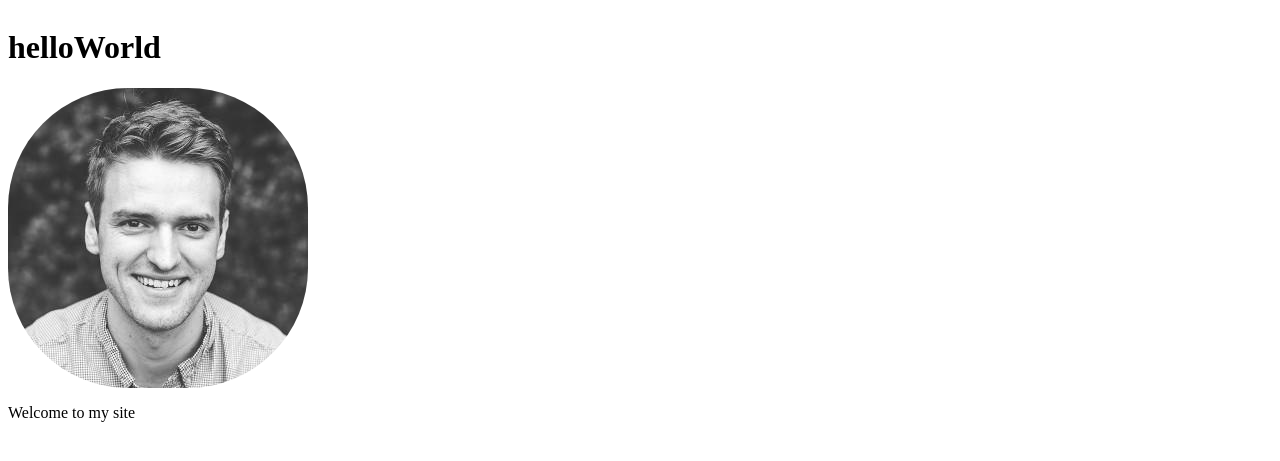
Repository: milespossing/Personal-Page
Page: index.html
An editor plug-in stored every save of this project. The page is shown before and after the next save, followed by the edit.
The browser window is 1280 px wide. The pictures show the whole page.

Above is the page before, as saved 2019-09-19 21:04:18.

After the next save:
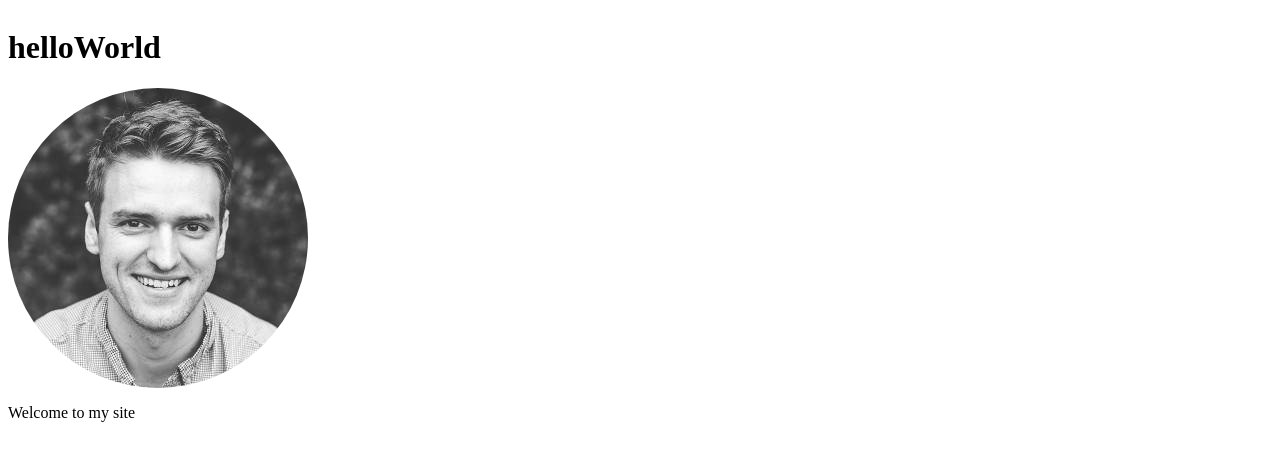
Saved 7 s later.
--- a/Styles/style.css
+++ b/Styles/style.css
@@ -9,5 +9,5 @@ body {
 }
 
 .display-picture {
-    border-radius: 40%;
+    border-radius: 50%;
 }
